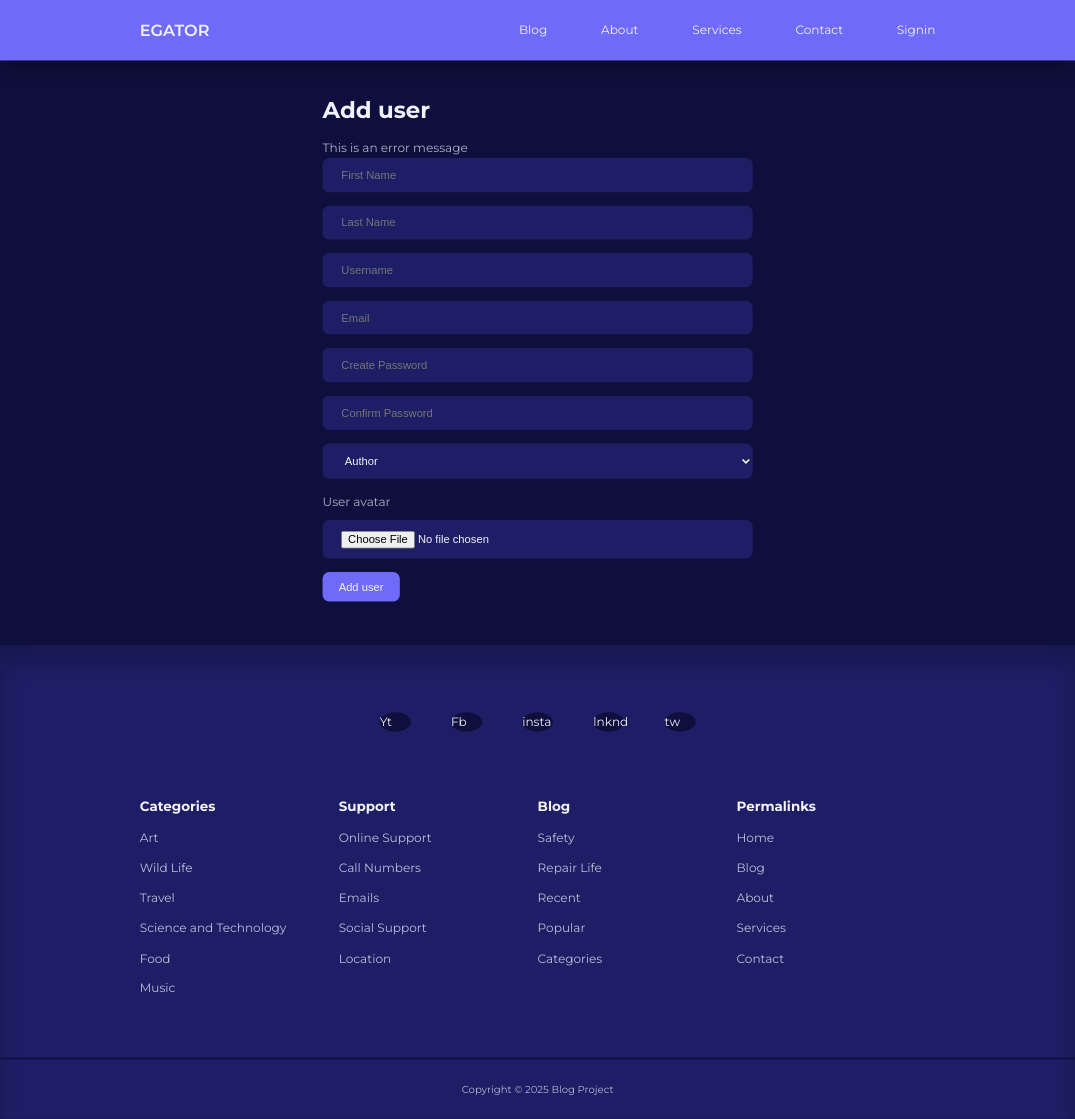
Repository: karimrd-hub/Blog-App
Page: http://localhost/blog/admin/add-user.php
These files come from the project's save history. The page is drawn as it stood at one moment and after the next save; the edit follows.
The browser window is 1280 px wide. The pictures show the whole page, at 84% of full size.
Some icons come from a web library that is not loaded, so they are not drawn. The page is run by PHP 8.4 with error messages shown; the project is at /var/www/html/.

Above is the page before, as saved 2025-01-19 14:52:03.
Console error: TypeError: Cannot read properties of null (reading 'addEventListener')

### admin/add-user.php
<?php
include '../partials/header.php';
?>

<section class="form__section">
    <div class="container form__section-container">
        <h2>Add user</h2>
        <div class="alert__message error">
            <p>This is an error message</p>
        </div>
        <form action="<? ROOT_URL ?>admin/add-user-logic.php" enctype="multipart/form-data" method="POST">
            <input type="text" name="firstname" placeholder="First Name">
            <input type="text" name="lastname" placeholder="Last Name">
            <input type="text" name="username" placeholder="Username">
            <input type="email" name="email" placeholder="Email">
            <input type="password" name="createpassword" placeholder="Create Password">
            <input type="password" name="confirmpassword" placeholder="Confirm Password">
            <select name="userrole">
                <option value="0">Author</option>
                <option value="1">Admin</option>
            </select>
            <div class="form__control">
                <label for="avatar">User avatar</label>
                <input type="file" name="avatar" id="avatar">
            </div>
            <button type="submit" name="submit" class="btn" >Add user</button>
        </form>
    </div>
</section>

<?php
include '../partials/footer.php';
?>

### partials/header.php
<?php
require 'config/database.php';

// fetch current user from db
if(isset($_SESSION['user-id'])){
    $id = filter_var($_SESSION['user-id'], FILTER_SANITIZE_NUMBER_INT);
    $query = "SELECT avatar FROM users WHERE id = $id";
    $result = mysqli_query($connection, $query);
    $avatar = mysqli_fetch_assoc($result);
}
?>

<!DOCTYPE html>
<html lang="en">
<head>
    <meta charset="UTF-8">
    <meta name="viewport" content="width=device-width, initial-scale=1.0">
    <title>Responsive Multipage Blog Website</title>
    <link rel="stylesheet" href="<?= ROOT_URL ?>css/style.css">
    <!-- ICONSCOUT CDN -->

    <link rel="stylesheet" href="https://unicons.iconscout.com/release/v4.0.8/css/line.css">

    <!--Google fonts-->
    <link rel="preconnect" href="https://fonts.googleapis.com">
<link rel="preconnect" href="https://fonts.gstatic.com" crossorigin>
<link href="https://fonts.googleapis.com/css2?family=Montserrat:wght@300;400;500;600;700;800;900&display=swap" rel="stylesheet">
</head>
<body>


    <!-- Navbar of the home page -->
    <nav>
        <div class="container nav__container">
            <a href="<?= ROOT_URL ?>" class="nav__logo">EGATOR</a>
            <ul class="nav__items">
                <li><a href="<?= ROOT_URL ?>blog.php">Blog</a></li>
                <li><a href="<?= ROOT_URL ?>about.php">About</a></li>
                <li><a href="<?= ROOT_URL ?>services.php">Services</a></li>
                <li><a href="<?= ROOT_URL ?>contact.php">Contact</a></li>
                <?php if(isset($_SESSION['user-id'])): ?>
                    <li class="nav__profile">
                        <div class="avatar">
                            <img src="<?= ROOT_URL . '/images' . $avatar['avatar'] ?>" alt="">
                        </div>
                        <ul>
                            <li><a href="<?= ROOT_URL ?>admin/index.php">Dashboard</a></li>
                            <li><a href="<?= ROOT_URL ?>logout.php">Logout</a></li>
                        </ul>
                    </li>
                <?php else: ?>
                <li><a href="<?= ROOT_URL ?>signin.php">Signin</a></li>
                <?php endif ?>
            </ul>
            <button id="open__nav-btn"><i class="uil uil-bars"></i> Open</button>
            <button id="close__nav-btn"><i class="uil uil-times-circle"></i> Close</button>

        </div>
    </nav>

    <!-- End of nav -->

### admin/config/database.php
<?php
require 'constants.php';

// connect to the database
$connection = new mysqli(DB_HOST, DB_USER, DB_PASS, DB_NAME);

if(mysqli_errno($connection)) {
    die(mysqli_errno($connection));
}

### admin/config/constants.php
<?php
session_start();
define('ROOT_URL', 'http://localhost/blog/');
define('DB_HOST', 'localhost');
define('DB_USER', 'admin');
define('DB_PASS', 'admin1234');
define('DB_NAME', 'Blog');
?>

### partials/footer.php
<footer>
        <div class="footer__socials">
            <a href="https://youtube.com" target="_blank" rel="noopener"><i class="uil uil-youtube"></i>Yt</a>
            <a href="https://facebook.com" target="_blank" rel="noopener"><i class="uil uil-facebook-f"></i>Fb</a>
            <a href="https://instagram.com" target="_blank" rel="noopener"><i class="uil uil-instagram"></i>insta</a>
            <a href="https://linkedin.com" target="_blank" rel="noopener"><i class="uil uil-linkedin-alt"></i>lnknd</a>
            <a href="https://twitter.com" target="_blank" rel="noopener"><i class="uil uil-twitter-alt"></i>tw</a>
        </div>
        <div class="container footer__container">
            <article>
                <h4>Categories</h4>
                <ul>
                    <li><a href="">Art</a></li>
                    <li><a href="">Wild Life</a></li>
                    <li><a href="">Travel</a></li>
                    <li><a href="">Science and Technology</a></li>
                    <li><a href="">Food</a></li>
                    <li><a href="">Music</a></li>
                </ul>
            </article>

            <article>
                <h4>Support</h4>
                <ul>
                    <li><a href="">Online Support</a></li>
                    <li><a href="">Call Numbers</a></li>
                    <li><a href="">Emails</a></li>
                    <li><a href="">Social Support</a></li>
                    <li><a href="">Location</a></li>
                </ul>
            </article>
            <article>
                <h4>Blog</h4>
                <ul>
                    <li><a href="">Safety</a></li>
                    <li><a href="">Repair Life</a></li>
                    <li><a href="">Recent</a></li>
                    <li><a href="">Popular</a></li>
                    <li><a href="">Categories</a></li>
                </ul>
            </article>

            <article>
                <h4>Permalinks</h4>
                <ul>
                    <li><a href="">Home</a></li>
                    <li><a href="">Blog</a></li>
                    <li><a href="">About</a></li>
                    <li><a href="">Services</a></li>
                    <li><a href="">Contact</a></li>
                </ul>
            </article>
        </div>
        <div class="footer__copyright">
            <small>Copyright &copy; 2025 Blog Project</small>
        </div>
    </footer>


    <script src="<?= ROOT_URL ?>js/main.js"></script>
</body>
</html>

Loaded but not shown: js/main.js (45 lines, source omitted); css/style.css (958 lines, source omitted)

After the next save:
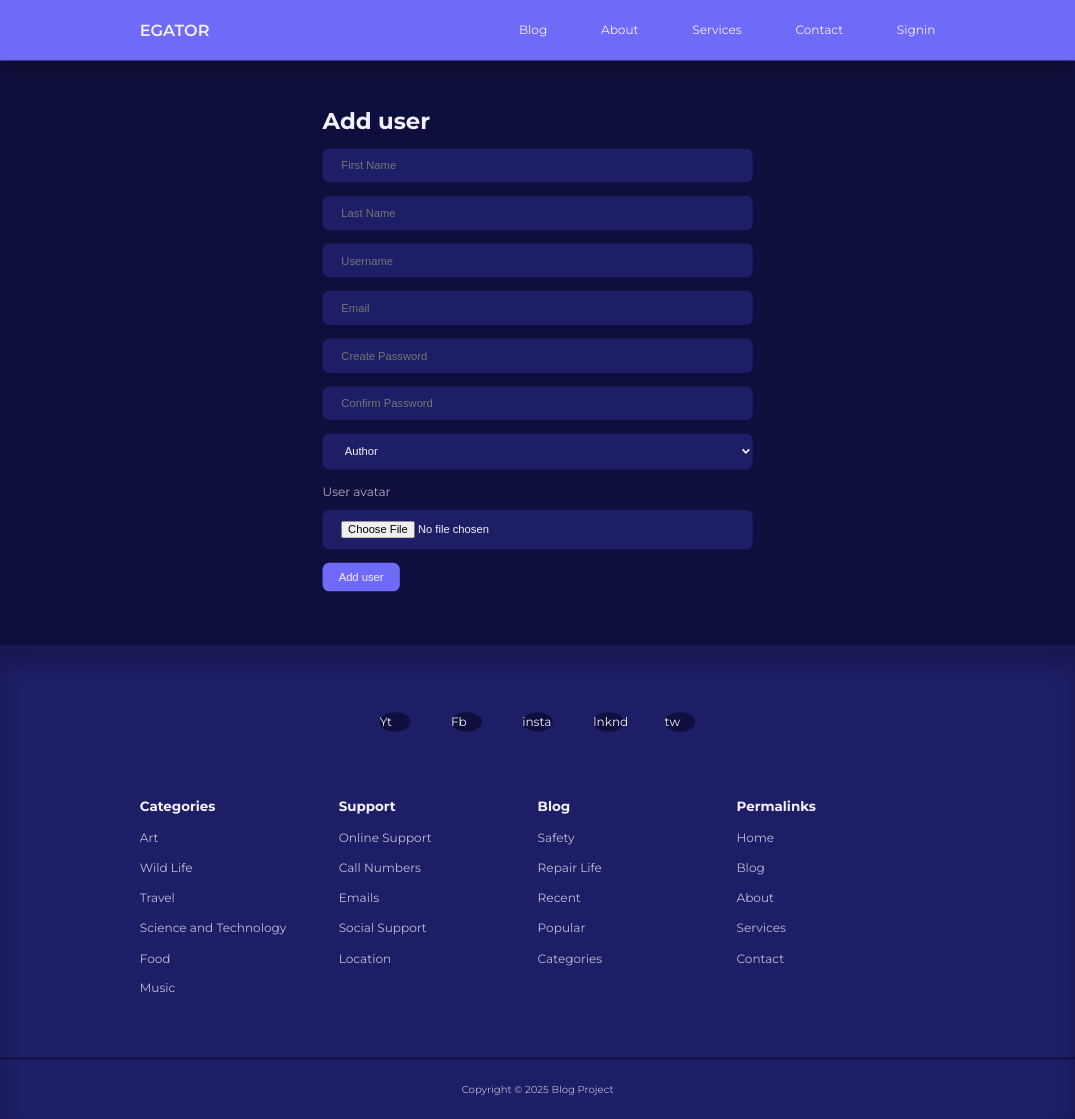
Saved 71 s later.
--- a/admin/add-user.php
+++ b/admin/add-user.php
@@ -5,9 +5,7 @@ include '../partials/header.php';
 <section class="form__section">
     <div class="container form__section-container">
         <h2>Add user</h2>
-        <div class="alert__message error">
-            <p>This is an error message</p>
-        </div>
+
         <form action="<? ROOT_URL ?>admin/add-user-logic.php" enctype="multipart/form-data" method="POST">
             <input type="text" name="firstname" placeholder="First Name">
             <input type="text" name="lastname" placeholder="Last Name">
